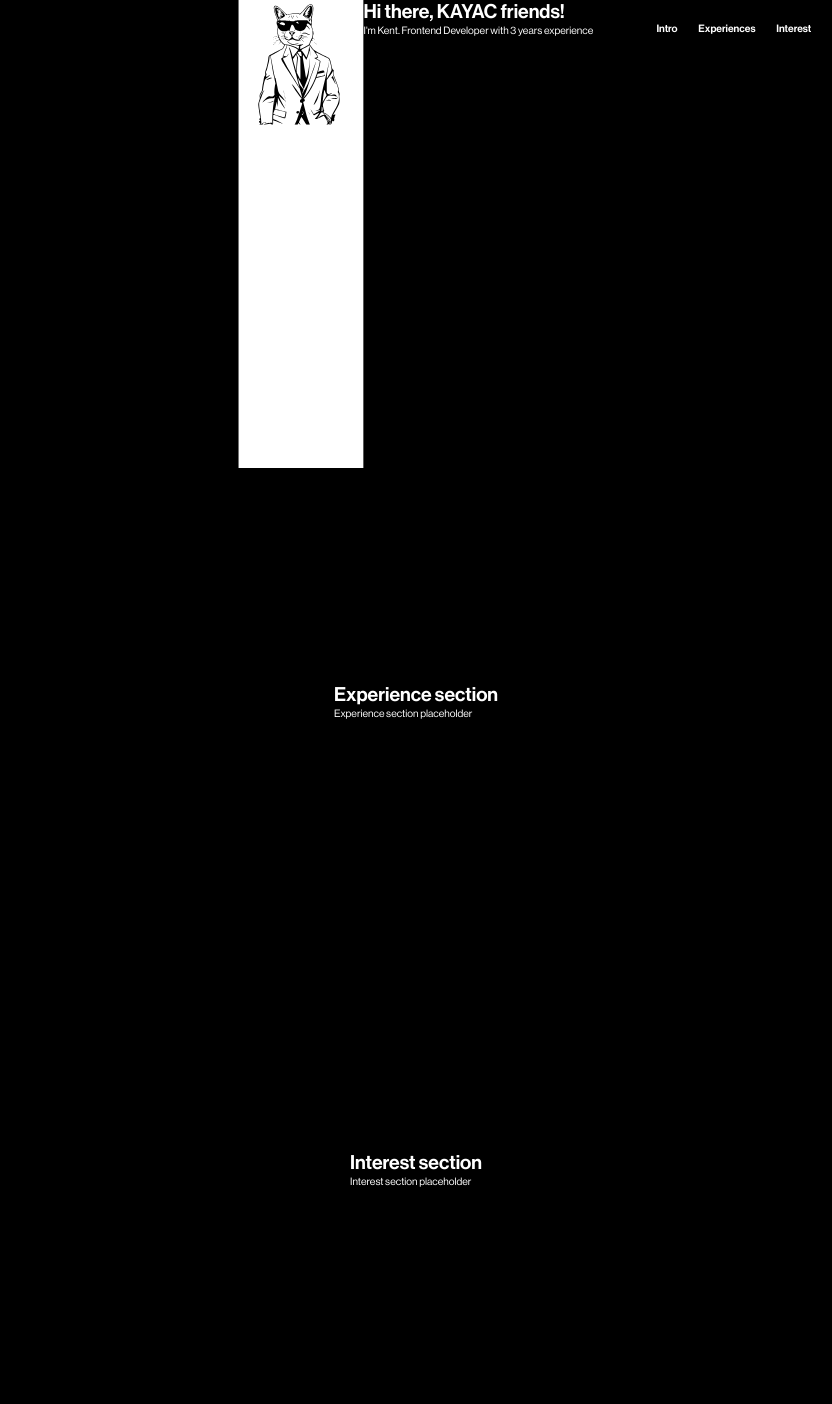
Repository: kentnathaniel/kayac-presentation
Page: /
These files come from the project's save history. The page is drawn as it stood at one moment and after the next save; the edit follows.
The browser window is 1280 px wide. The pictures show the whole page, at 65% of full size.
The project was rebuilt for these pictures with package versions that can differ from the ones it lists, and the page was loaded fresh each time. Also part of the build but not shown: vite.config.ts.

Above is the page before, as saved 2024-09-14 09:19:57.

After the next save:
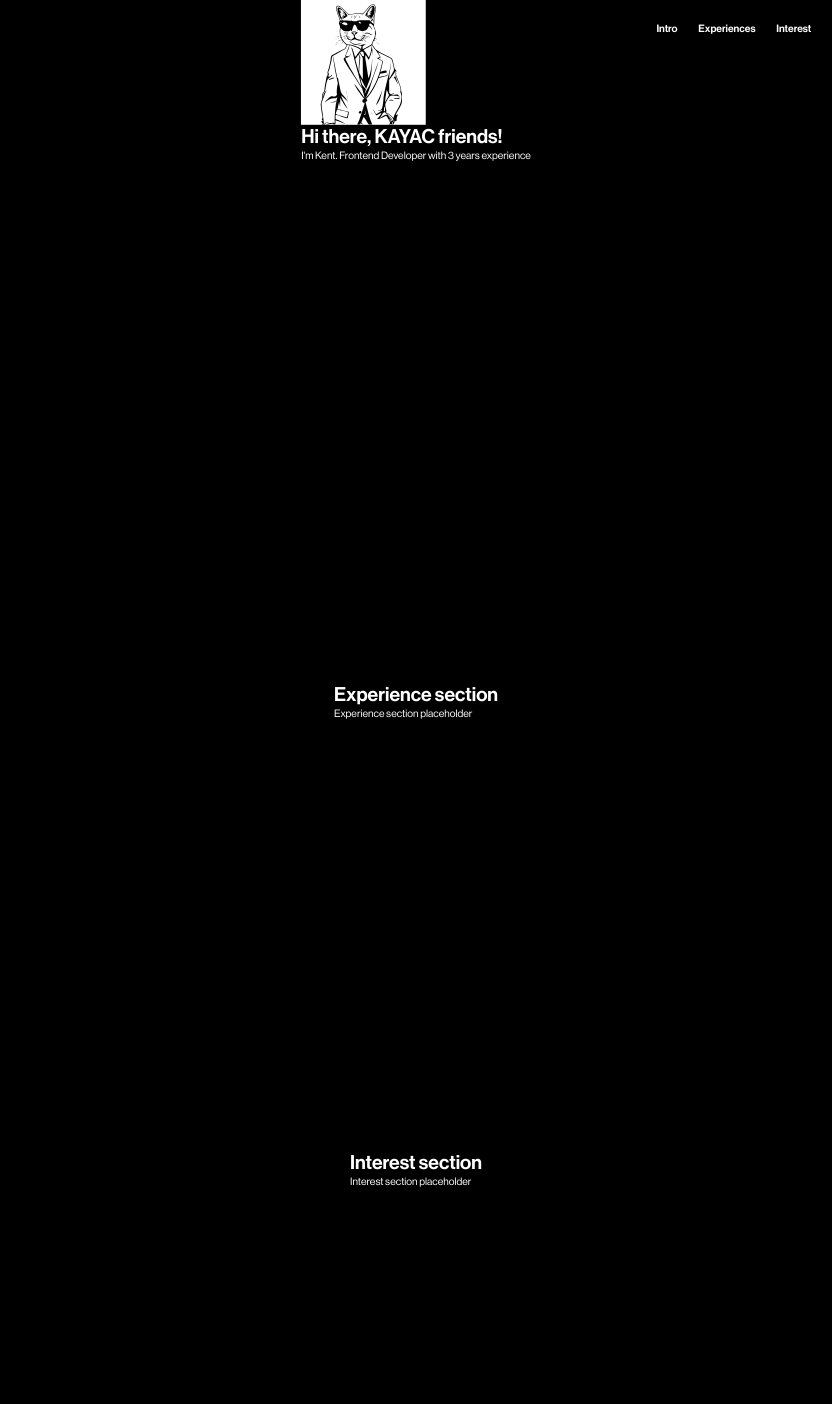
Saved 11 s later.
--- a/src/App.tsx
+++ b/src/App.tsx
@@ -9,15 +9,17 @@
         <a className="cursor-pointer">Interest</a>
       </nav>
 
-      <div className="flex justify-center mx-auto h-screen ">
-        <div className="bg-white w-fit">
-          <SmartCat className="text-white w-48 h-48" />
-        </div>
+      <div className="flex justify-center mx-auto h-screen">
         <div>
-          <h1 className="text-3xl text-left">Hi there, KAYAC friends!</h1>
-          <p className="font-thin">
-            I'm Kent. Frontend Developer with 3 years experience
-          </p>
+          <div className="bg-white w-fit">
+            <SmartCat className="text-white w-48 h-48" />
+          </div>
+          <div>
+            <h1 className="text-3xl text-left">Hi there, KAYAC friends!</h1>
+            <p className="font-thin">
+              I'm Kent. Frontend Developer with 3 years experience
+            </p>
+          </div>
         </div>
       </div>
 

After the save that followed:
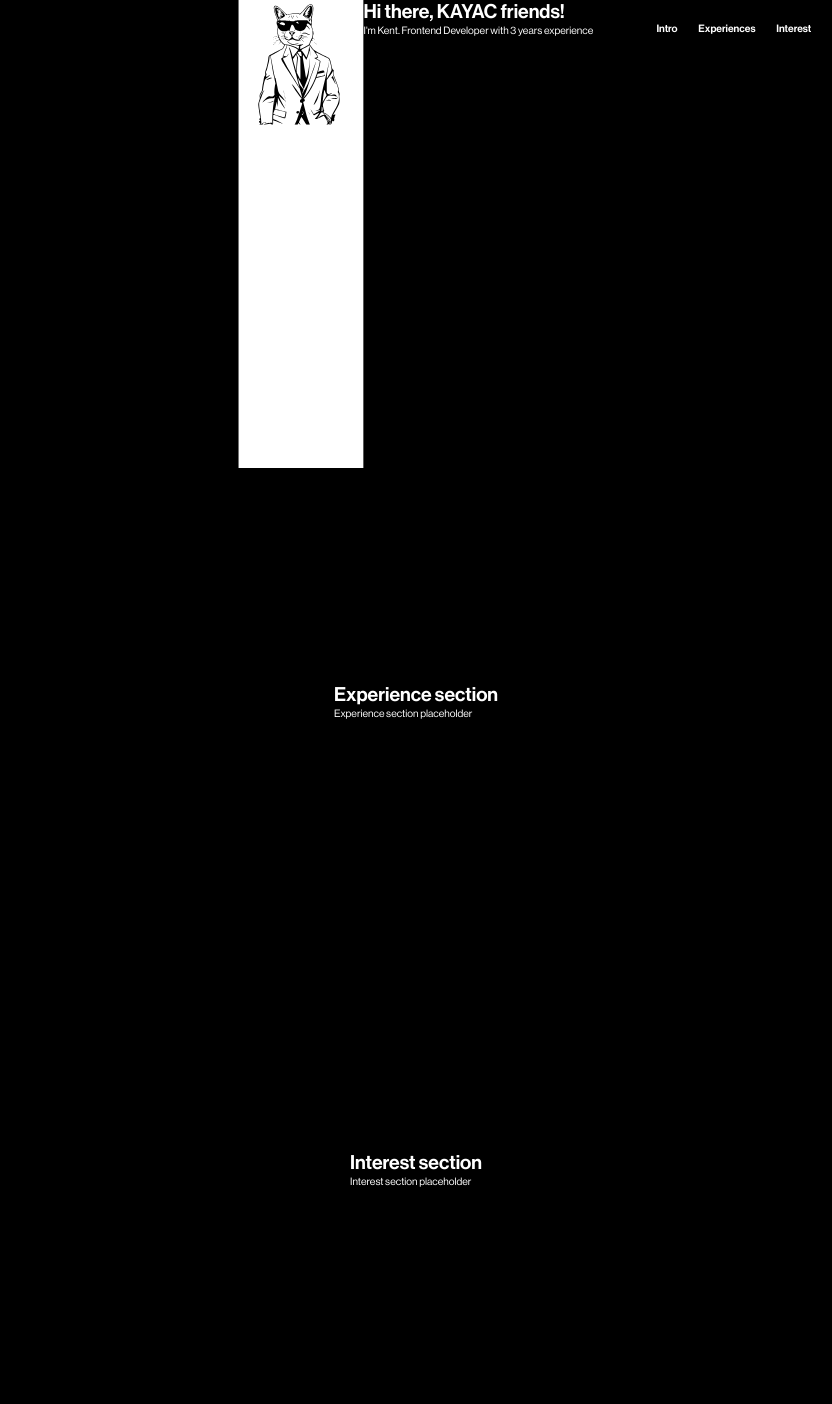
Saved 22 s later.
--- a/src/App.tsx
+++ b/src/App.tsx
@@ -9,8 +9,8 @@
         <a className="cursor-pointer">Interest</a>
       </nav>
 
-      <div className="flex justify-center mx-auto h-screen">
-        <div>
+      <div className="flex justify-center  h-screen">
+        <div className="flex flex">
           <div className="bg-white w-fit">
             <SmartCat className="text-white w-48 h-48" />
           </div>
